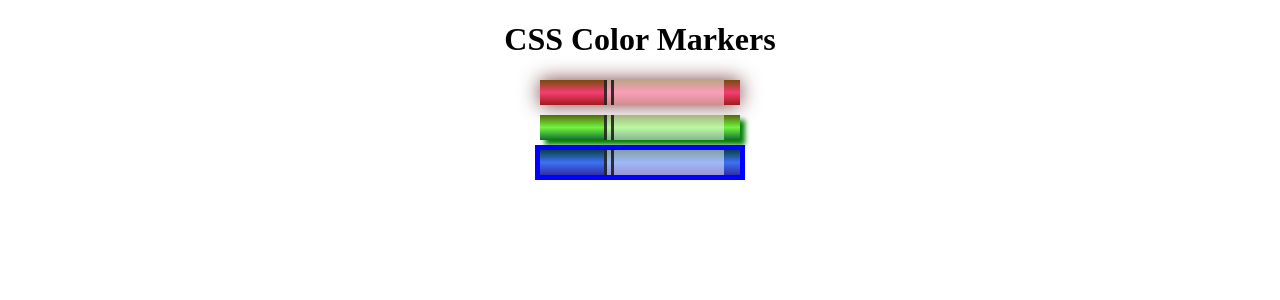
Repository: AimenDje/ColoredMarkers
Page: index.html
The author's editor kept a copy of each file at every save. The page is drawn from the files as they stood at one save, then again after the next save.
The browser window is 1280 px wide. The pictures show the whole page.

Above is the page before, as saved 2025-05-09 12:00:11.

After the next save:
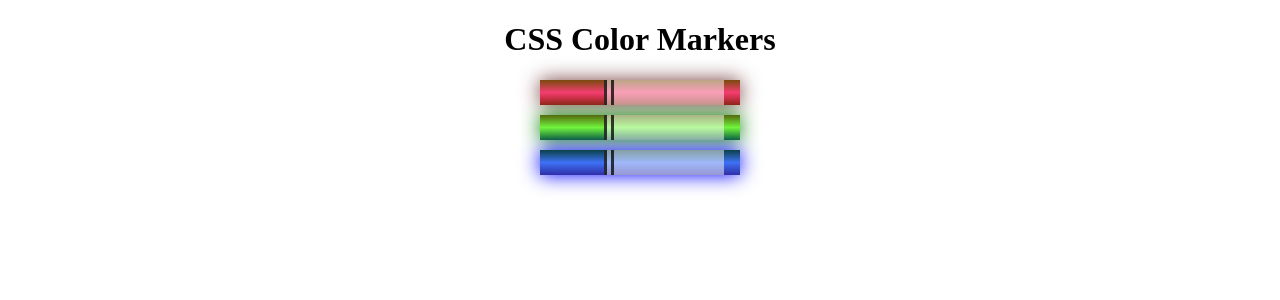
Saved 81 s later.
--- a/styles.css
+++ b/styles.css
@@ -15,12 +15,12 @@
 
 .green {
   background: linear-gradient(#55680D, #71F53E, #116C31);
-  box-shadow: 5px 5px 5px green
+  box-shadow: 0 0 20px 0 green;
 }
 
 .blue {
   background: linear-gradient(hsl(186, 76%, 16%), hsl(223, 90%, 60%), hsl(240, 56%, 42%));
-  box-shadow: 0 0 0 5px blue;
+  box-shadow: 0 0 20px 0 blue;
 }
 
 .sleeve {
